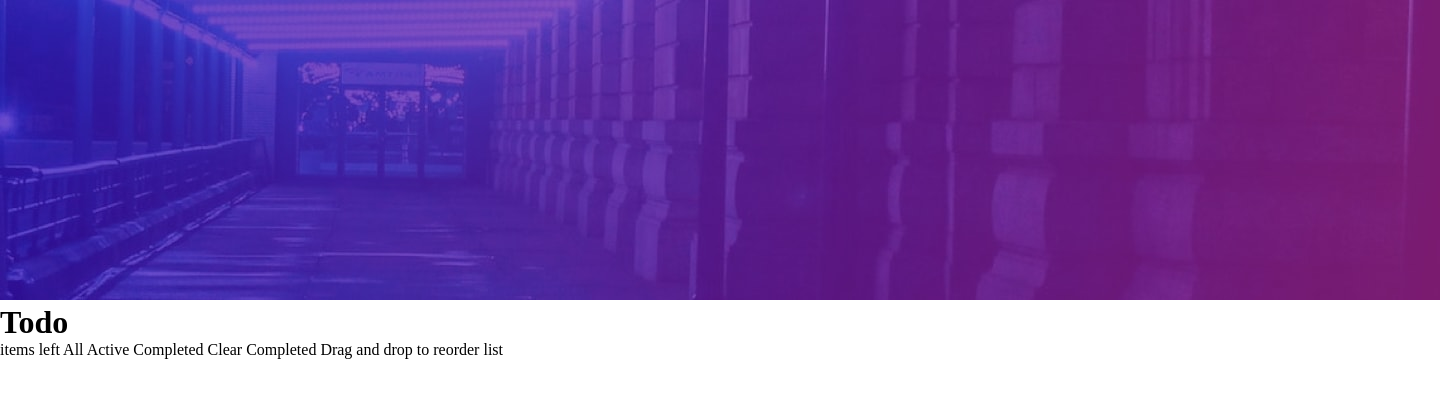
Repository: Arkitecth/todo-list
Page: index.html
The author's editor kept a copy of each file at every save. The page is drawn from the files as they stood at one save, then again after the next save.
The browser window is 1280 px wide. The page is 1440 px wide, so the pictures cover 1440 px, including what lies to the right of the window. The pictures show the whole page.

Above is the page before, as saved 2023-06-19 16:23:34.

### index.html
<!DOCTYPE html>
<html lang="en">
<head>
  <meta charset="UTF-8">
  <meta name="viewport" content="width=device-width, initial-scale=1.0"> <!-- displays site properly based on user's device -->
  <link rel="stylesheet" href="styles.css">

  <title>Frontend Mentor | Todo app</title>

  </style>
</head>
<body>

  <img src="images/bg-desktop-dark.jpg" alt="bg-desktop-dark">
  <h1>Todo  </h1>

  <!-- Add dynamic number --> items left

  All
  Active
  Completed

  Clear Completed

  Drag and drop to reorder list
</body>
</html>

### styles.css
* {
    margin: 0;
    padding: 0;
}

h1 {

}

After the next save:
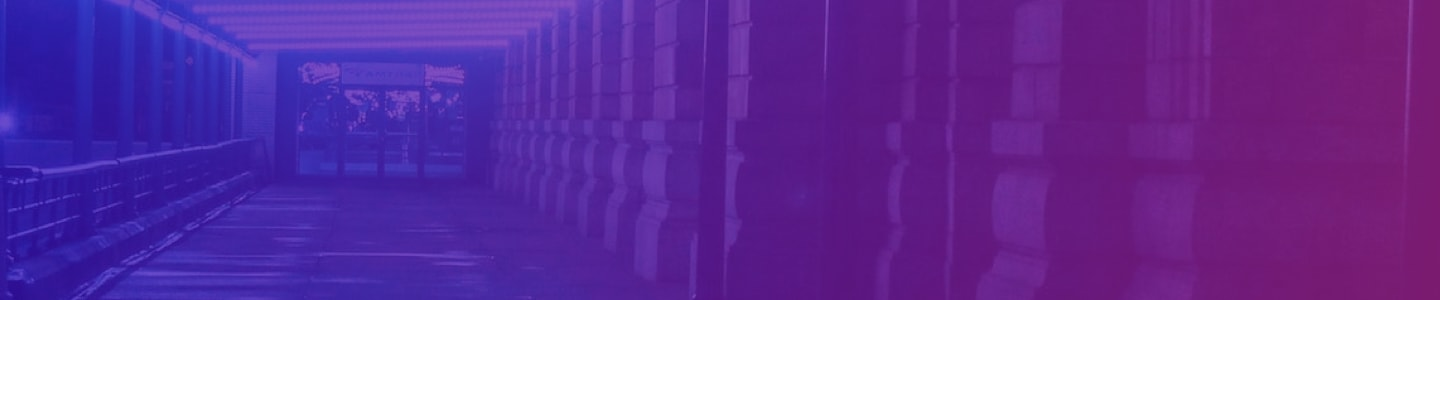
Saved 17 s later.
--- a/styles.css
+++ b/styles.css
@@ -3,6 +3,6 @@
     padding: 0;
 }
 
-h1 {
-
+img {
+    position: absolute;
 }
